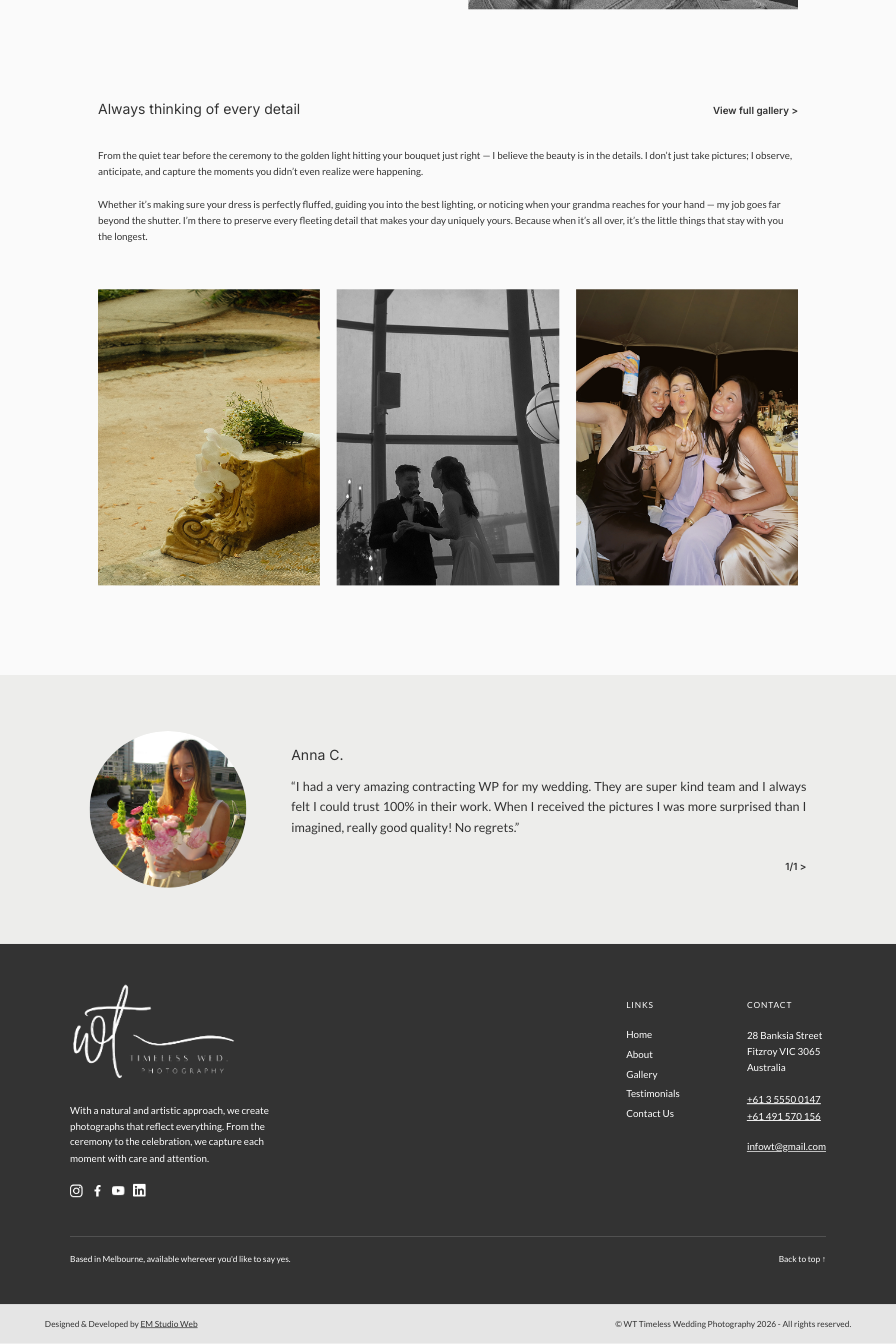
Repository: eduarda-magnago/wt-photography
Page: /
The author's editor kept a copy of each file at every save. The page is drawn from the files as they stood at one save, then again after the next save.
The browser window is 1280 px wide. The pictures show the part of the page from y = 1945 to 3865 px (the page is 3865 px tall), at 70% of full size.
Some web fonts or font styles are not loaded; a fallback is used. The project was rebuilt for these pictures with package versions that can differ from the ones it lists, and the page was loaded fresh each time. The framework's server and built-in components were replaced by stand-ins that run in the browser. Also part of the build but not shown: next.config.ts.

Above is the page before, as saved 2026-10-15 13:06:10.

### app/layout.tsx
import type { Metadata } from "next";
import { Inter, Lato, Cormorant_SC } from "next/font/google";
import Header from "@/components/layout/header";
import Footer from "@/components/layout/footer";
import "./globals.css";

const inter = Inter({
  subsets: ["latin"],
  variable: "--font-inter",
});

const lato = Lato({
  subsets: ["latin"],
  weight: ["300", "400", "700"],
  variable: "--font-lato",
});

const cormorant = Cormorant_SC({
  subsets: ["latin"],
  weight: ["300", "400", "500"],
  variable: "--font-cormorant",
});

export const metadata: Metadata = {
  title: "WT Timeless Photography",
  description: "Timeless wedding photography",
};

export default function RootLayout({
  children,
}: {
  children: React.ReactNode;
}) {
  return (
    <html
      lang="en"
      className={`${inter.variable} ${lato.variable} ${cormorant.variable}`}
    >
      <body className="font-sans antialiased">
        <Header />
        <main>{children}</main>
        <Footer />
      </body>
    </html>
  );
}

### app/page.tsx
import Hero from "@/components/hero";
import Intro from "@/components/home/intro";
import About from "@/components/home/about";
import Details from "@/components/home/details";
import Testimonials from "@/components/home/testimonials";
import Reveal from "@/components/reveal";

export default function Home() {
  return (
    <>
      <Hero
        eyebrow="Timeless Wedding Photography"
        title="Capturing the essence of your treasured moments"
        image="/img/hero-bg.jpg"
      />
      <Reveal>
        <Intro />
      </Reveal>
      <Reveal>
        <About />
      </Reveal>
      <Reveal>
        <Details />
      </Reveal>
      <Reveal>
      <Testimonials />
      </Reveal>
    </>
  );
}

### components/layout/header.tsx
"use client";

import { useState } from "react";
import Image from "next/image";
import Link from "next/link";

const navLinks = [
  { label: "Home", href: "/" },
  { label: "About me", href: "/#about" },
  { label: "Gallery", href: "/#gallery" },
  { label: "Testimonials", href: "/#testimonials" },
  { label: "Contact Us", href: "/contact#contact-form" },
];

export default function Header() {
  const [open, setOpen] = useState(false);

  return (
    <header className="absolute inset-x-0 top-0 z-30">
      <div className="flex items-start justify-between px-6 py-8 md:px-14">
        <ul className="flex items-center gap-3">
          <li>
            <a
              href="#"
              aria-label="Instagram"
              className="relative block h-[19px] w-[18px] transition-opacity hover:opacity-70"
            >
              <Image
                src="/img/instagram.png"
                alt=""
                fill
                sizes="18px"
                className="object-contain"
              />
            </a>
          </li>
          <li>
            <a
              href="#"
              aria-label="Facebook"
              className="relative block h-[18px] w-[18px] transition-opacity hover:opacity-70"
            >
              <Image
                src="/img/facebook.png"
                alt=""
                fill
                sizes="18px"
                className="object-contain"
              />
            </a>
          </li>
          <li>
            <a
              href="#"
              aria-label="YouTube"
              className="relative block h-[18px] w-[18px] transition-opacity hover:opacity-70"
            >
              <Image
                src="/img/youtube.png"
                alt=""
                fill
                sizes="18px"
                className="object-contain"
              />
            </a>
          </li>
          <li>
            <a
              href="#"
              aria-label="LinkedIn"
              className="relative block h-[18px] w-[18px] transition-opacity hover:opacity-70"
            >
              <Image
                src="/img/linkedin.png"
                alt=""
                fill
                sizes="18px"
                className="object-contain"
              />
            </a>
          </li>
        </ul>

        <button
          type="button"
          onClick={() => setOpen(true)}
          aria-label="Open menu"
          className="relative block h-6 w-9 transition-opacity hover:opacity-70"
        >
          <Image
            src="/img/menu.png"
            alt=""
            fill
            sizes="36px"
            className="object-contain"
          />
        </button>
      </div>

      {open && (
        <div className="fixed inset-0 z-40 flex items-center justify-center bg-ink/95">
          <button
            type="button"
            onClick={() => setOpen(false)}
            aria-label="Close menu"
            className="absolute right-6 top-8 text-3xl text-white md:right-14"
          >
            ✕
          </button>
          <nav>
            <ul className="flex flex-col items-center gap-8">
              {navLinks.map((link) => (
                <li key={link.label}>
                  <Link
                    href={link.href}
                    onClick={() => setOpen(false)}
                    className="font-heading text-2xl text-white"
                  >
                    {link.label}
                  </Link>
                </li>
              ))}
            </ul>
          </nav>
        </div>
      )}
    </header>
  );
}

### components/layout/footer.tsx
import Image from "next/image";
import Link from "next/link";

const exploreLinks = [
  { label: "Home", href: "/" },
  { label: "About", href: "/#about" },
  { label: "Gallery", href: "/#gallery" },
  { label: "Testimonials", href: "/#testimonials" },
  { label: "Contact Us", href: "/contact#contact-form" },
];

const headingClass = "mb-6 text-xs uppercase tracking-widest";

export default function Footer() {
  return (
    <footer>
      <div className="bg-ink px-6 py-12 text-sm text-white md:px-25 md:py-14">
        <div className="mx-auto max-w-[1600px]">
          <div className="grid gap-12 md:grid-cols-[1fr_auto_auto] md:gap-24">
            <div>
              <Image
                src="/img/logo.png"
                alt="WT Timeless Photography"
                width={240}
                height={110}
              />
              <p className="mt-6 max-w-xs leading-relaxed md:mt-8">
                With a natural and artistic approach, we create photographs
                that reflect everything. From the ceremony to the celebration,
                we capture each moment with care and attention.
              </p>
              <ul className="mt-6 flex items-center gap-3">
                <li>
                  <a
                    href="#"
                    aria-label="Instagram"
                    className="transition-opacity hover:opacity-70"
                  >
                    <Image src="/img/instagram.png" alt="" width={18} height={18} />
                  </a>
                </li>
                <li>
                  <a
                    href="#"
                    aria-label="Facebook"
                    className="relative block h-[18px] w-[18px] transition-opacity hover:opacity-70"
                  >
                    <Image
                      src="/img/facebook.png"
                      alt=""
                      fill
                      sizes="18px"
                      className="object-contain"
                    />
                  </a>
                </li>
                <li>
                  <a
                    href="#"
                    aria-label="YouTube"
                    className="transition-opacity hover:opacity-70"
                  >
                    <Image src="/img/youtube.png" alt="" width={18} height={18} />
                  </a>
                </li>
                <li>
                  <a
                    href="#"
                    aria-label="LinkedIn"
                    className="transition-opacity hover:opacity-70"
                  >
                    <Image src="/img/linkedin.png" alt="" width={18} height={18} />
                  </a>
                </li>
              </ul>
            </div>

            <div className="md:pt-6">
              <h3 className={headingClass}>Links</h3>
              <ul className="space-y-2">
                {exploreLinks.map((link) => (
                  <li key={link.label}>
                    <Link href={link.href}>{link.label}</Link>
                  </li>
                ))}
              </ul>
            </div>

            <div className="md:pt-6">
              <h3 className={headingClass}>Contact</h3>
              <address className="not-italic leading-relaxed">
                28 Banksia Street
                <br />
                Fitzroy VIC 3065
                <br />
                Australia
              </address>
              <div className="mt-6 flex flex-col gap-1 underline">
                <a href="tel:+61355500147">+61 3 5550 0147</a>
                <a href="tel:+61491570156">+61 491 570 156</a>
              </div>
              <a
                href="mailto:infowt@gmail.com"
                className="mt-6 block underline"
              >
                infowt@gmail.com
              </a>
            </div>
          </div>

          <div className="mt-14 flex flex-col gap-3 border-t border-white/30 pt-6 text-xs md:flex-row md:items-center md:justify-between">
            <p>
              Based in Melbourne, available wherever you&apos;d like to say yes.
            </p>
            <a href="#" className="transition-opacity hover:opacity-70">
              Back to top &uarr;
            </a>
          </div>
        </div>
      </div>

      <div className="bg-neutral-200 px-6 py-5 text-xs text-ink md:px-16">
        <div className="mx-auto flex max-w-[1600px] flex-col gap-2 md:flex-row md:justify-between">
          <p>
            Designed &amp; Developed by{" "}
            <a
              href="https://www.instagram.com/webstudio.em"
              target="_blank"
              rel="noopener noreferrer"
              className="underline"
            >
              EM Studio Web
            </a>
          </p>
          <p>© WT Timeless Wedding Photography 2026 - All rights reserved.</p>
        </div>
      </div>
    </footer>
  );
}

### app/globals.css
@import "tailwindcss";

@theme inline {
  --font-sans: var(--font-lato);
  --font-heading: var(--font-inter);
  --font-hero: var(--font-cormorant);

  --color-ink: #333333;
  --color-sand: #ededeb;
  --color-paper: #fafafa;
  --color-blush: #f4e6dc;
}

html {
  scroll-behavior: smooth;
}

body {
  background: var(--color-paper);
  color: var(--color-ink);
}

### components/hero.tsx
import Image from "next/image";
import Link from "next/link";

type HeroProps = {
  eyebrow: string;
  title: string;
  image: string;
  ctaLabel?: string;
  ctaHref?: string;
};

export default function Hero({
  eyebrow,
  title,
  image,
  ctaLabel = "Explore our gallery",
  ctaHref = "/#gallery",
}: HeroProps) {
  return (
    <section className="relative flex h-[70vh] min-h-[715px] items-center justify-center overflow-hidden">
      <Image
        src="/img/hero.png"
        alt=""
        fill
        priority
        sizes="100vw"
        className="object-cover"
      />
      <div className="absolute inset-0 bg-black/5" />
      <div className="relative z-10 flex max-w-3xl flex-col items-center px-6 text-center text-white">
        <p className="mb-4 text-sm">{eyebrow}</p>
        <h1 className="font-hero text-5xl capitalize leading-[0.75] md:text-7xl">
          {title}
        </h1>
        <Link
          href={ctaHref}
          className="mt-8 border-b border-white pb-1 text-xs uppercase tracking-wider"
        >
          {ctaLabel}
        </Link>
      </div>
    </section>
  );
}

### components/home/intro.tsx
export default function Intro() {
  return (
    <section className="bg-sand px-6 py-22 md:py-25">
      <p className="mx-auto max-w-3xl text-justify text-xl leading-relaxed md:text-2xl">
        Your love story is one of a kind, filled with genuine emotions,
        meaningful details, and unforgettable moments. Our passion is to
        preserve those fleeting seconds and transform them into timeless images
        that you will cherish for a lifetime.
      </p>
    </section>
  );
}

### components/home/about.tsx
import Image from "next/image";

export default function About() {
  return (
    <section id="about" className="bg-paper px-6 py-24 md:px-14 md:py-32">
      <div className="mx-auto grid max-w-[1000px] items-center gap-12 md:grid-cols-[435fr_500fr] md:gap-x-12 xl:gap-x-[120px]">
        <div>
          <h2 className="font-heading text-[20px]">Meet the photographer</h2>

          <div className="mt-6 space-y-7 text-justify text-base leading-6">
            <p>
              Hi, I’m Emily Rose. I’m a wedding photographer based in
              California, passionate about telling love stories through my
              lens. What began as a love for capturing small, quiet moments has
              grown into a career built on trust, emotion, and the art of
              honest storytelling.
            </p>
            <p>
              With over 6 years of experience, I specialize in natural,
              documentary-style photography that focuses on genuine connection
              — not stiff poses. I believe the best photos are the ones where
              you forget the camera is even there.
            </p>
            <p>
              Beyond photography, I’m a calm presence on a whirlwind day. From
              fixing veils to finding the best light, I’m there to make your
              experience effortless and enjoyable. My clients often say I felt
              like a friend with a camera — and that’s the greatest compliment
              I could ask for.
            </p>
            <p>
              Let’s create something timeless together — photos you’ll look at
              30 years from now and still feel everything.
            </p>
          </div>
        </div>

        <div className="relative aspect-[619/855] w-full md:aspect-[619/1000]">
          <Image
            src="/img/about.png"
            alt="Wedding photographer picture"
            fill
            sizes="(min-width: 1280px) 500px, (min-width: 768px) 50vw, 100vw"
            className="object-cover"
          />
        </div>
      </div>
    </section>
  );
}

### components/home/details.tsx
import Image from "next/image";
import Link from "next/link";

const photos = [
  { src: "/img/detail1.png", alt: "Bouquet resting on a golden ornament" },
  { src: "/img/detail2.png", alt: "Couple dancing by a large window" },
  { src: "/img/detail3.png", alt: "Bridesmaids laughing together" },
];

export default function Details() {
  return (
    <section id="gallery" className="bg-paper px-6 pb-24 md:px-14 md:pb-32">
      <div className="mx-auto max-w-[1000px]">
        <div className="flex items-baseline justify-between">
          <h2 className="font-heading text-[20px]">
            Always thinking of every detail
          </h2>
          <Link href="/#gallery" className="font-heading text-sm font-semibold">
            View full gallery &gt;
          </Link>
        </div>

        <div className="mt-10 space-y-6 text-sm leading-relaxed">
          <p>
            From the quiet tear before the ceremony to the golden light hitting
            your bouquet just right — I believe the beauty is in the details. I
            don’t just take pictures; I observe, anticipate, and capture the
            moments you didn’t even realize were happening.
          </p>
          <p>
            Whether it’s making sure your dress is perfectly fluffed, guiding
            you into the best lighting, or noticing when your grandma reaches
            for your hand — my job goes far beyond the shutter. I’m there to
            preserve every fleeting detail that makes your day uniquely yours.
            Because when it’s all over, it’s the little things that stay with
            you the longest.
          </p>
        </div>

        <div className="mt-16 grid gap-6 md:grid-cols-3">
          {photos.map((photo) => (
            <div key={photo.src} className="relative aspect-[3/4]">
              <Image
                src={photo.src}
                alt={photo.alt}
                fill
                sizes="(min-width: 768px) 33vw, 100vw"
                className="object-cover"
              />
            </div>
          ))}
        </div>
      </div>
    </section>
  );
}

### components/home/testimonials.tsx
"use client";

import { useState } from "react";
import Image from "next/image";

const testimonials = [
  {
    name: "Anna C.",
    image: "/img/testimonial.png",
    quote:
      "I had a very amazing contracting WP for my wedding. They are super kind team and I always felt I could trust 100% in their work. When I received the pictures I was more surprised than I imagined, really good quality! No regrets.",
  },
];

export default function Testimonials() {
  const [index, setIndex] = useState(0);
  const current = testimonials[index];

  function next() {
    setIndex((prev) => (prev + 1) % testimonials.length);
  }

  return (
    <section id="testimonials" className="bg-sand px-6 py-20 md:px-14">
      <div className="mx-auto grid max-w-5xl items-center gap-10 md:grid-cols-[auto_1fr] md:gap-16">
        <div className="relative h-48 w-48 overflow-hidden rounded-full md:h-56 md:w-56">
          <Image
            src={current.image}
            alt={current.name}
            fill
            sizes="224px"
            className="object-cover"
          />
        </div>

        <div>
          <h3 className="font-heading text-xl">{current.name}</h3>
          <blockquote className="mt-4 text-justify text-lg leading-relaxed">
            “{current.quote}”
          </blockquote>
          <button
            type="button"
            onClick={next}
            className="font-heading mt-8 ml-auto block text-sm font-semibold"
          >
            {index + 1}/{testimonials.length} &gt;
          </button>
        </div>
      </div>
    </section>
  );
}

### components/reveal.tsx
"use client";

import { useEffect, useRef, useState, type ReactNode } from "react";

type RevealProps = {
  children: ReactNode;
  className?: string;
  delay?: number;
};

export default function Reveal({
  children,
  className = "",
  delay = 0,
}: RevealProps) {
  const ref = useRef<HTMLDivElement>(null);
  const [visible, setVisible] = useState(false);

  useEffect(() => {
    const el = ref.current;
    if (!el) return;

    const observer = new IntersectionObserver(
      ([entry]) => {
        setVisible(entry.isIntersecting);
      },
      { threshold: 0.15, rootMargin: "0px 0px -5% 0px" }
    );

    observer.observe(el);
    return () => observer.disconnect();
  }, []);

  return (
    <div
      ref={ref}
      style={{ transitionDelay: `${delay}ms` }}
      className={`transition-all duration-700 ease-out motion-reduce:transition-none ${
        visible ? "translate-y-0 opacity-100" : "translate-y-8 opacity-0"
      } ${className}`}
    >
      {children}
    </div>
  );
}

After the next save:
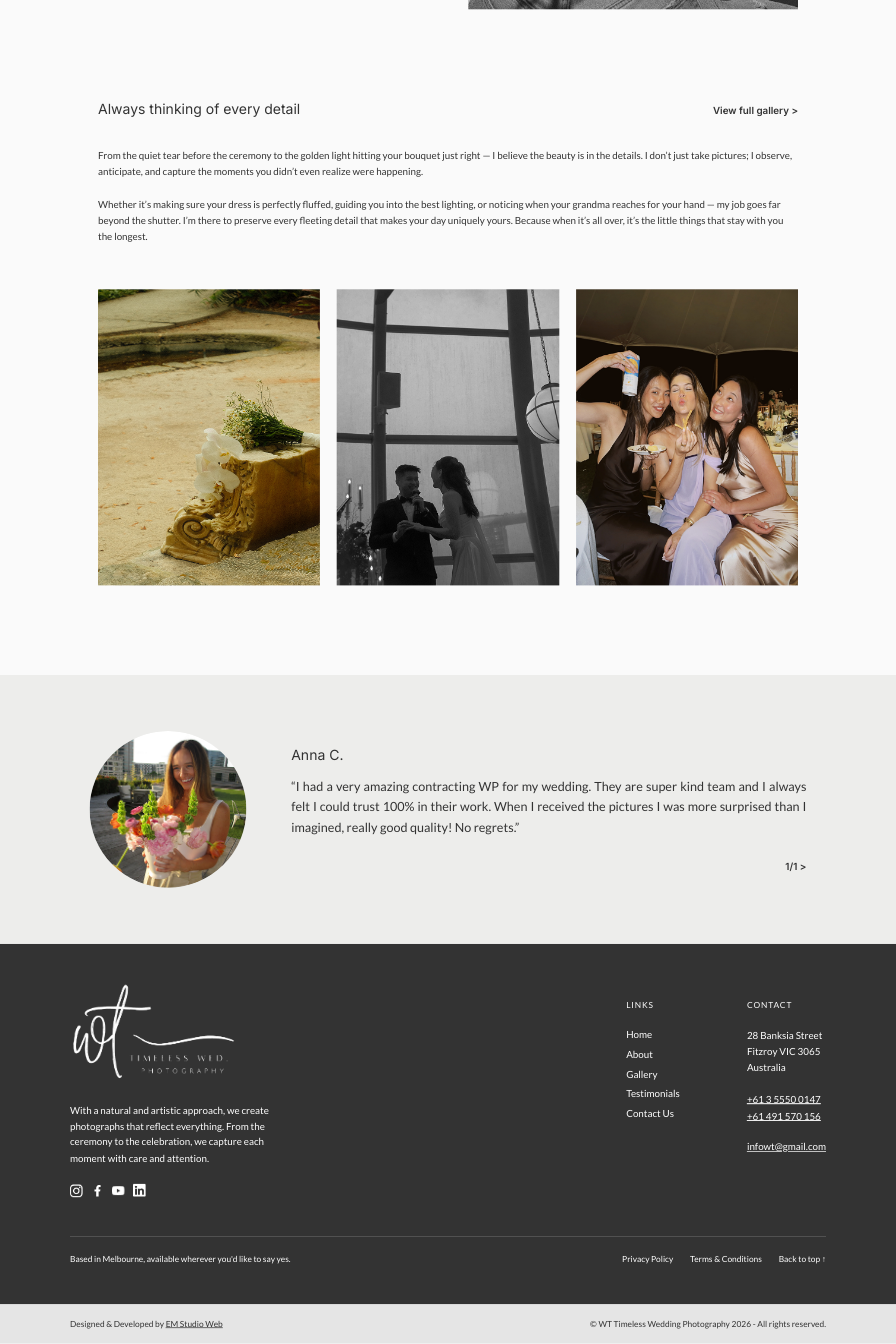
Saved 22 s later.
--- a/components/layout/footer.tsx
+++ b/components/layout/footer.tsx
@@ -112,14 +112,22 @@ export default function Footer() {
             <p>
               Based in Melbourne, available wherever you&apos;d like to say yes.
             </p>
-            <a href="#" className="transition-opacity hover:opacity-70">
-              Back to top &uarr;
-            </a>
+            <div className="flex flex-wrap items-center gap-6">
+              <a href="#" className="transition-opacity hover:opacity-70">
+                Privacy Policy
+              </a>
+              <a href="#" className="transition-opacity hover:opacity-70">
+                Terms &amp; Conditions
+              </a>
+              <a href="#" className="transition-opacity hover:opacity-70">
+                Back to top &uarr;
+              </a>
+            </div>
           </div>
         </div>
       </div>
 
-      <div className="bg-neutral-200 px-6 py-5 text-xs text-ink md:px-16">
+      <div className="bg-neutral-200 px-6 py-5 text-xs text-ink md:px-25">
         <div className="mx-auto flex max-w-[1600px] flex-col gap-2 md:flex-row md:justify-between">
           <p>
             Designed &amp; Developed by{" "}
